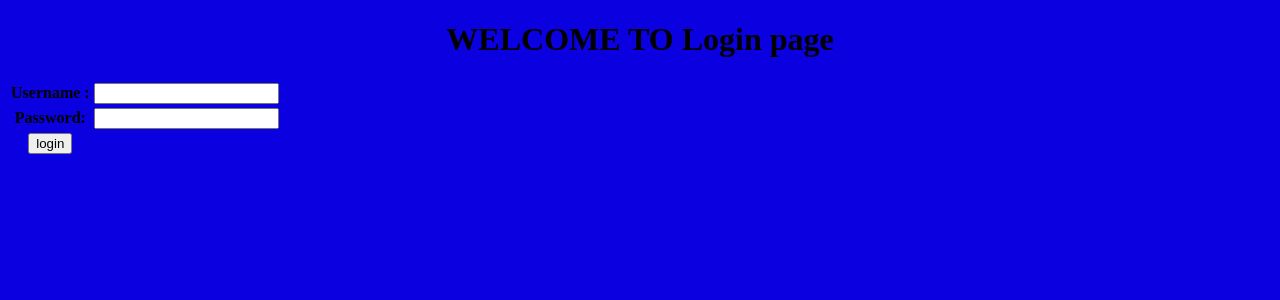
Repository: talkgunish/JAVA-WORLD
Page: advance_java/my_eclipse_java_proj/cookie_session/Filter/WebContent/login.html
The author's editor kept a copy of each file at every save. The page is drawn from the files as they stood at one save, then again after the next save.
The browser window is 1280 px wide. The pictures show the whole page.

Above is the page before, as saved 2018-06-21 09:03:36.

### advance_java/my_eclipse_java_proj/cookie_session/Filter/WebContent/login.html
<!DOCTYPE html>
<html>
<head>
<meta charset="ISO-8859-1">
<title>Insert title here</title>
</head>
<body bgcolor='matte' align='center'>
<form action='login' method='post'>

<h1>WELCOME TO Login page</h1>
<table>
<tr><th>Username :</th>
<td> <input type="text" name="username"></td></tr>
<tr><th>Password: </th>
<td><input type="password" name='password'></td></tr>
<tr><td><input type="submit" value="login"></td></tr>
</table>
</form>

</body>
</html>

After the next save:
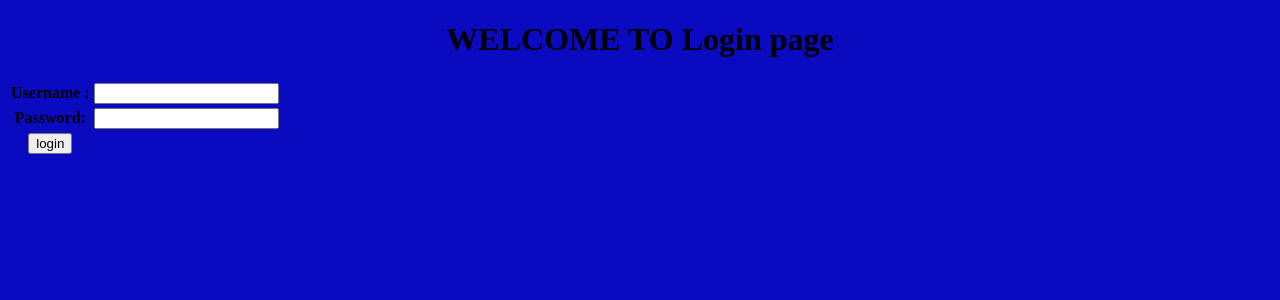
Saved 11 s later.
--- a/advance_java/my_eclipse_java_proj/cookie_session/Filter/WebContent/login.html
+++ b/advance_java/my_eclipse_java_proj/cookie_session/Filter/WebContent/login.html
@@ -4,7 +4,7 @@
 <meta charset="ISO-8859-1">
 <title>Insert title here</title>
 </head>
-<body bgcolor='matte' align='center'>
+<body bgcolor='matt black' align='center'>
 <form action='login' method='post'>
 
 <h1>WELCOME TO Login page</h1>

After the save that followed:
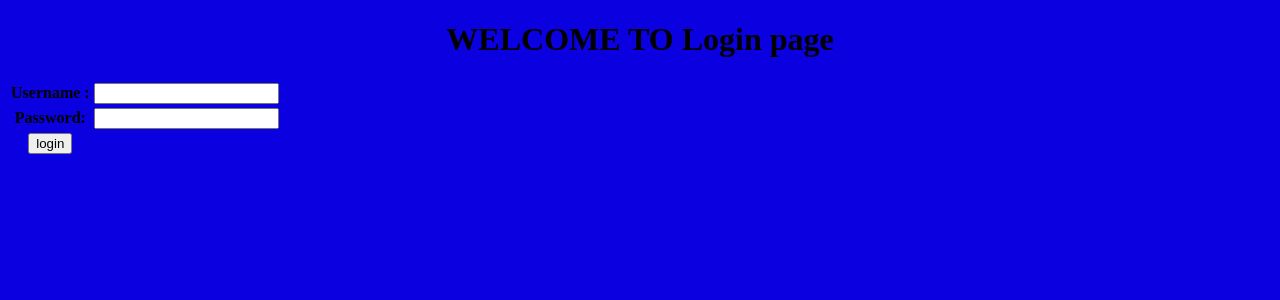
Saved 18 s later.
--- a/advance_java/my_eclipse_java_proj/cookie_session/Filter/WebContent/login.html
+++ b/advance_java/my_eclipse_java_proj/cookie_session/Filter/WebContent/login.html
@@ -4,7 +4,7 @@
 <meta charset="ISO-8859-1">
 <title>Insert title here</title>
 </head>
-<body bgcolor='matt black' align='center'>
+<body bgcolor='graphite' align='center'>
 <form action='login' method='post'>
 
 <h1>WELCOME TO Login page</h1>
